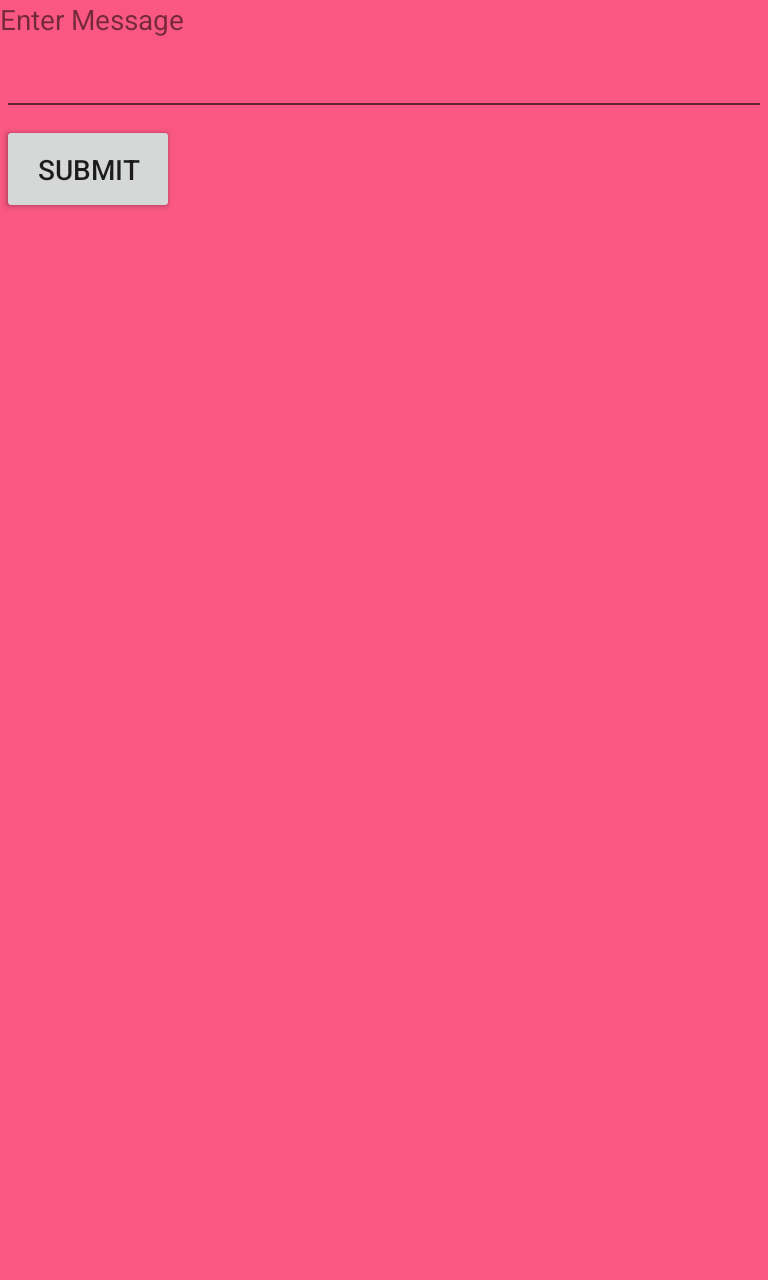
Repository: Clarenaliaka/code-challenge
Layout: ModernMum/res/layout/contacts.xml
The author's editor kept a copy of each file at every save. The layout is drawn from the files as they stood at one save, then again after the next save.
It is drawn on a 768 x 1280 px phone screen (xhdpi) without system bars, with theme AppTheme; the app's code is not run.

Above is the layout before, as saved 2014-07-31 14:25:32.

After the next save:
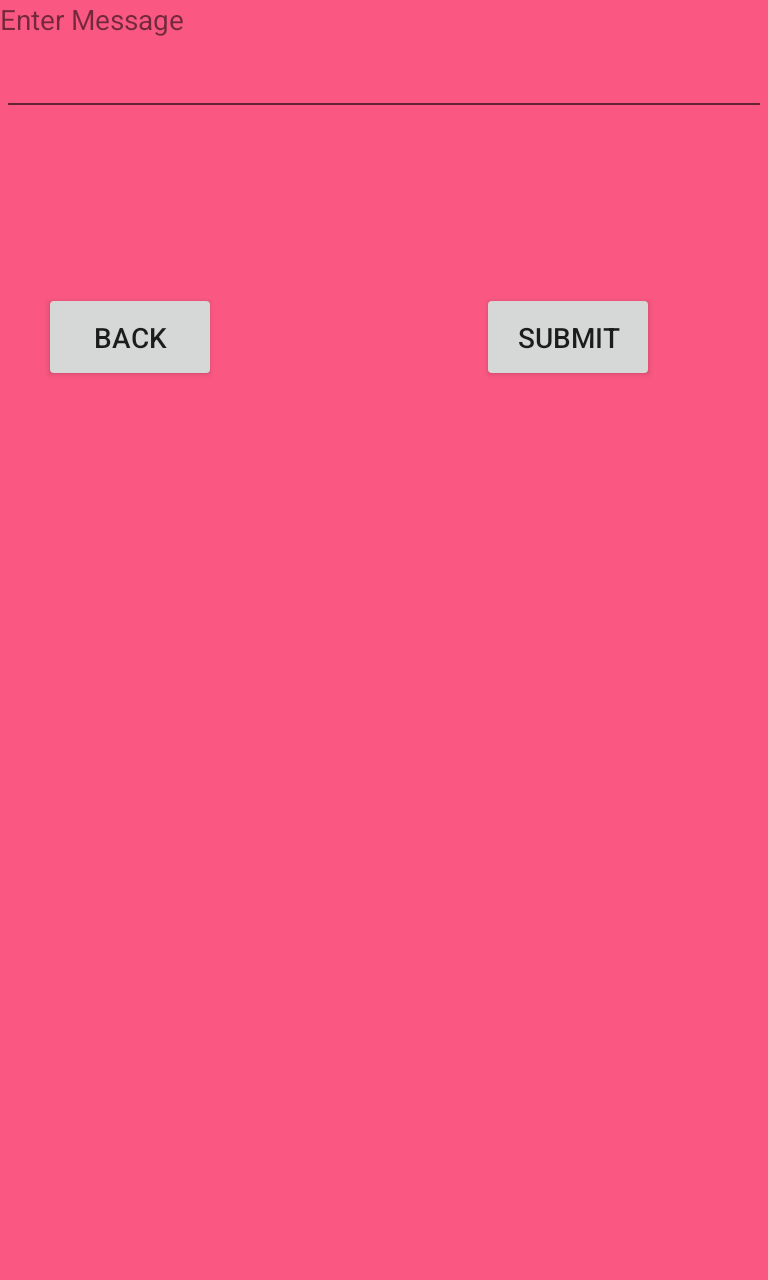
Saved 44 min 27 s later.
--- a/ModernMum/res/layout/contacts.xml
+++ b/ModernMum/res/layout/contacts.xml
@@ -25,16 +25,25 @@
     android:background="@color/pink">
 
     <Button
+        android:id="@+id/btncosubmit"
+        android:layout_width="wrap_content"
+        android:layout_height="wrap_content"
+        android:layout_alignParentRight="true"
+        android:layout_alignParentTop="true"
+        android:layout_marginRight="56dp"
+        android:layout_marginTop="84dp"
+        android:text="@string/btnsubmit" />
+
+    <Button
         android:id="@+id/btncoback"
         android:layout_width="wrap_content"
         android:layout_height="wrap_content"
+        android:layout_alignBaseline="@+id/btncosubmit"
+        android:layout_alignBottom="@+id/btncosubmit"
+        android:layout_alignParentLeft="true"
+        android:layout_marginLeft="21dp"
         android:text="@string/btnback" />
 
-    <Button
-        android:id="@+id/btncosubmit"
-        android:layout_width="wrap_content"
-        android:layout_height="wrap_content"
-        android:text="@string/btnsubmit" />
     </RelativeLayout>
 
 </LinearLayout>
